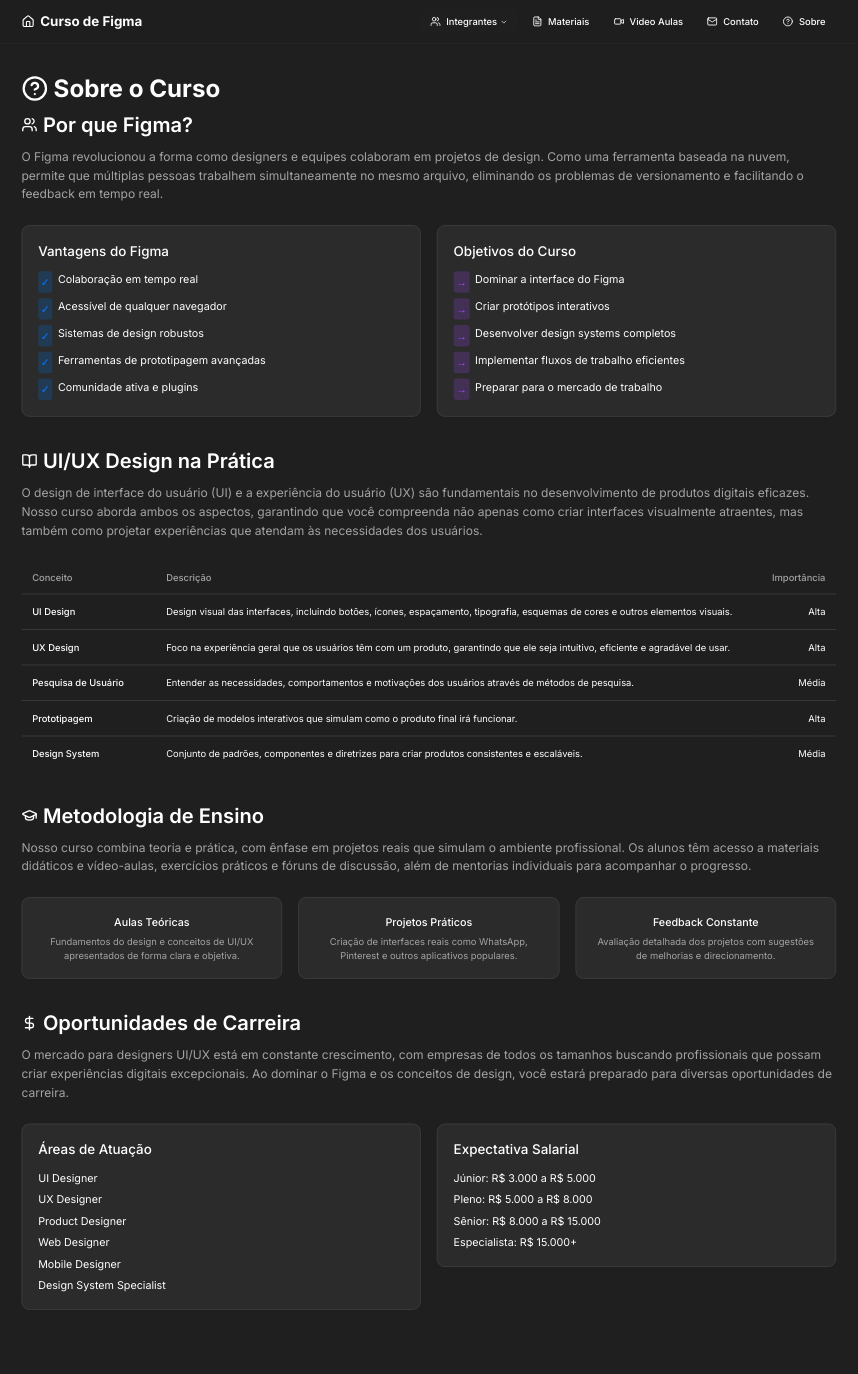
Repository: Geisbelly/figma-season-showcase-33
Page: /about
The author's editor kept a copy of each file at every save. The page is drawn from the files as they stood at one save, then again after the next save.
The browser window is 1280 px wide. The pictures show the whole page, at 67% of full size.
The project was rebuilt for these pictures with package versions that can differ from the ones it lists, and the page was loaded fresh each time. Also part of the build but not shown: vite.config.ts, src/components/ui/tooltip.tsx, src/components/ui/badge.tsx, src/components/SeasonCard.tsx, src/pages/Index.tsx, src/pages/NotFound.tsx, src/data/membersData.ts, src/components/ui/avatar.tsx and 11 more.

Above is the page before, as saved 2025-04-30 11:29:33.

After the next save:
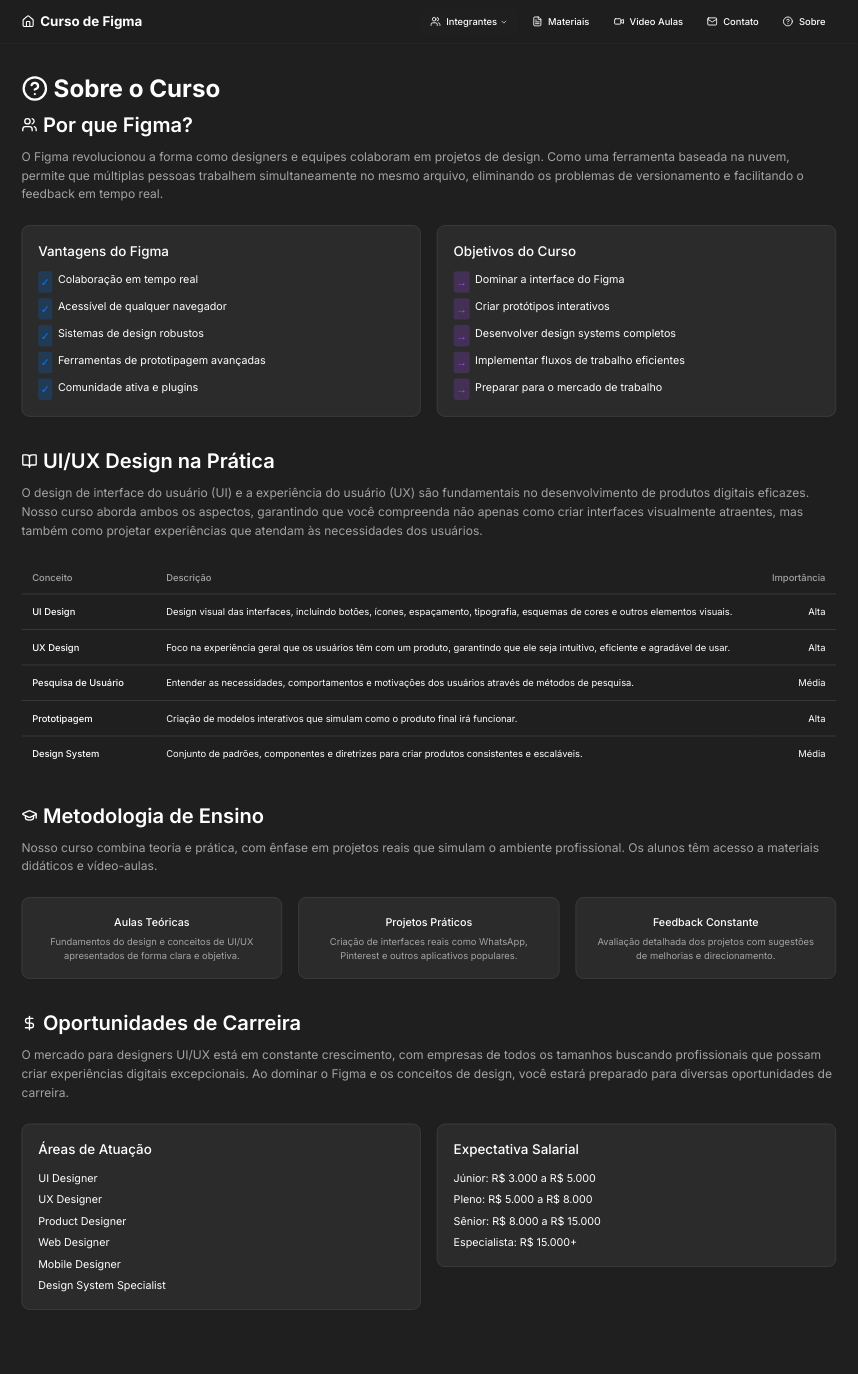
Saved 16 s later.
--- a/src/pages/about/index.tsx
+++ b/src/pages/about/index.tsx
@@ -138,8 +138,7 @@
           </h2>
           <p className="text-lg text-muted-foreground mb-6">
             Nosso curso combina teoria e prática, com ênfase em projetos reais que simulam o ambiente profissional.
-            Os alunos têm acesso a materiais didáticos e vídeo-aulas, exercícios práticos e fóruns de discussão,
-            além de mentorias individuais para acompanhar o progresso.
+            Os alunos têm acesso a materiais didáticos e vídeo-aulas.
           </p>
           <div className="grid grid-cols-1 md:grid-cols-3 gap-6 mt-8">
             <Card>
